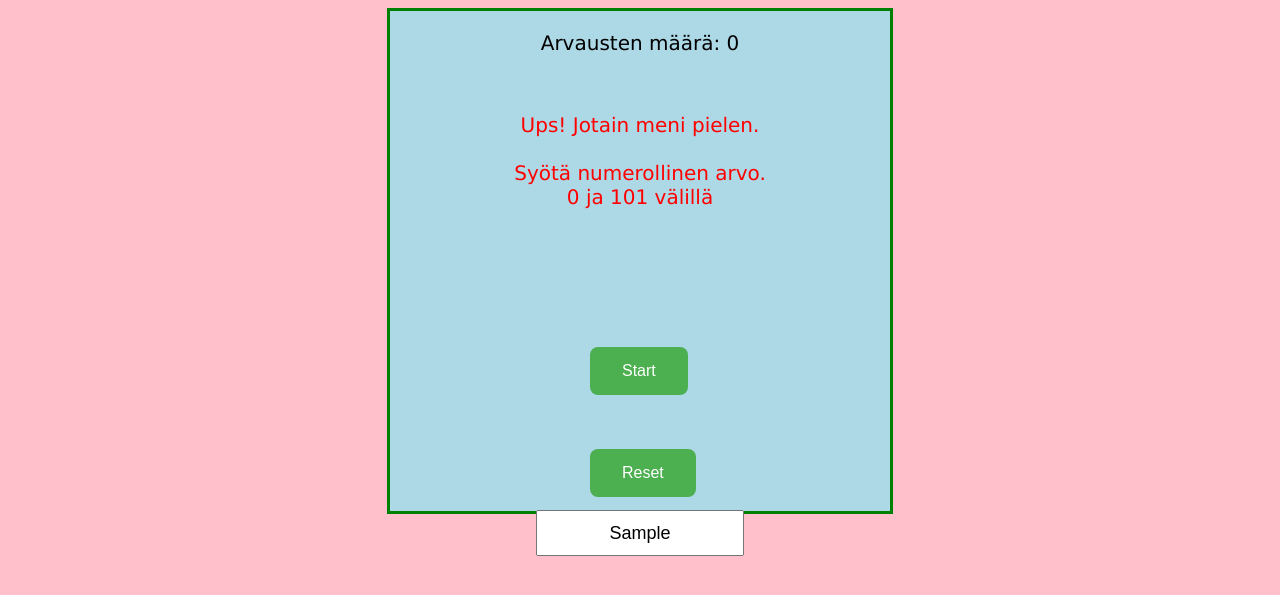
Repository: VadimZubchenko/numeronarvouspeli_JS
Page: public/index.html
These files come from the project's save history. The page is drawn as it stood at one moment and after the next save; the edit follows.
The browser window is 1280 px wide. The pictures show the whole page.
Empty fields were first filled with sample values (such as "Sample", 5 or name@example.com).
After loading, the first visible `#startGame` was clicked once.

Above is the page before, as saved 2022-04-28 09:56:47.

### public/index.html
<!DOCTYPE html>
<html lang="en">
<head>
  <meta charset="UTF-8">
  <meta http-equiv="X-UA-Compatible" content="IE=edge">
  <meta name="viewport" content="width=device-width, initial-scale=1.0">
  <title>Numeroarvouspeli</title>
  <script src="script.js"></script>
  <link rel="stylesheet" href="mystyle.css">
</head>
<body>
  <div>
    <p id="maara" >Arvausten määrä: </p>
    <br>
    <p id="message" value="0"> Arvataan numeroa 1-100 väliltä </p>
    <br>
    <br>
    <br>
    <input type="text" id="numero" name="numero" onfocus="this.value='' "placeholder="Laita numerosi">
    <br>
    <br>
    <button id="startGame" onclick="startGame()">Start</button>
    <br>
    <br>
    <br>
    <br>
    <button id="resetGame" onclick="resetGame()">Reset</button>

  </div>
</body>
</html>

### public/script.js
let running = 0;
let firstStart = true;
let clientArvo = 0;
let lastMin = 0;
let lastMax = 101;
let kpl = 0;
let arvo = 0;

function arvoLask() {
  arvo = Math.floor(Math.random() * 100);
  console.log("Arvo :" + arvo);
}
if (firstStart) {
  arvoLask();
  firstStart = false;
}

function message(text) {
  document.getElementById("message").innerHTML = text;
}

function startGame() {
  let text = document.getElementById("message");
  text.style.color = "";
  document.body.style.backgroundColor = "";
  let clientArvo = document.getElementById("numero").value;
  //tarkistetaan syöty arvo onko numerollinen. jos on, sitten 'false'
  let checkNaN = isNaN(clientArvo);

  console.log("clientArvo: " + clientArvo);
  console.log("ei ole numero: " + checkNaN);

  if (lastMin < clientArvo && clientArvo < lastMax && !checkNaN) {
    if (clientArvo < arvo) {
      lastMin = clientArvo;
      message(
        "Valitse luku suurempi kuin: " + clientArvo + ". <br>Yritä uudelleen!"
      );
      kpl++;
    }
    if (clientArvo > arvo) {
      lastMax = clientArvo;
      message(
        "Valitse luku pienempi kuin: " + clientArvo + ". <br>Yritä uudelleen!"
      );
      kpl++;
    }
    if (clientArvo == arvo) {
      message("Arvosit oikein! " + clientArvo + ".");

      text.style.color = "red";
      document.body.style.backgroundColor = "yellow";
    }
  } else {
    message(
      "Ups! Jotain meni pielen.<br><br> Syötä numerollinen arvo. <br> " +
        lastMin +
        " ja " +
        lastMax +
        " välillä"
    );

    text.style.color = "red";
    document.body.style.backgroundColor = "pink";
  }
  document.getElementById("maara").innerHTML = "Arvausten määrä: " + kpl;
  console.log("min:" + lastMin);
  console.log("max: :" + lastMax);
}

function resetGame() {
  clientArvo = 0;
  lastMin = 0;
  lastMax = 101;
  kpl = 0;
  document.getElementById("numero").value = "";
  document.getElementById("maara").innerHTML = "Arvausten määrä: " + kpl;
  message = document.getElementById("message");
  document.getElementById("message").innerHTML = "Arva numero 1-100 väliltä";
  document.body.style.backgroundColor = "";
  message.style.color = "";
  arvoLask();
}

### public/mystyle.css



div{
  height: 500px;
  width: 500px;
  margin: auto;
  border: 3px solid green;
  background-color: lightblue;
}
input {
  height: 40px;
  width: 200px;
  color: black;
  text-align: center;
  font-size:large;

  position:relative;
  top: 50%;
  left: 50%;
  -ms-transform: translate(-50%, -50%);
  transform: translate(-50%, -50%);
}

button {

  left: 50%;
  background-color: #4CAF50; /* Green */
  border: none;
  color: white;
  padding: 15px 32px;
  text-align: center;
  text-decoration: none;
  display: inline-block;
  font-size: 16px;
  border-radius: 8px;
  margin-left: 40%;


}

p {
  font-family: verdana;
  font-size: 20px;
  color: black;
  text-align: center;
}

After the next save:
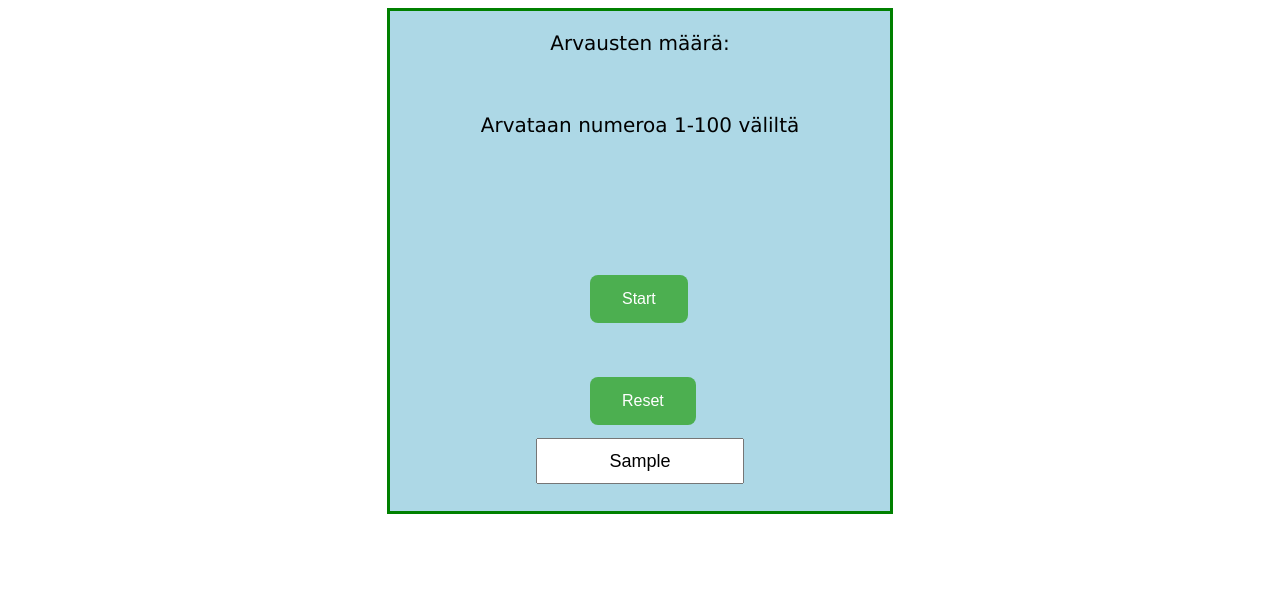
Console error: TypeError: message is not a function
Saved 114 s later.
--- a/public/script.js
+++ b/public/script.js
@@ -15,7 +15,7 @@ if (firstStart) {
   firstStart = false;
 }
 
-function message(text) {
+function msg(text) {
   document.getElementById("message").innerHTML = text;
 }
 
@@ -33,7 +33,7 @@ function startGame() {
   if (lastMin < clientArvo && clientArvo < lastMax && !checkNaN) {
     if (clientArvo < arvo) {
       lastMin = clientArvo;
-      message(
+      msg(
         "Valitse luku suurempi kuin: " + clientArvo + ". <br>Yritä uudelleen!"
       );
       kpl++;
@@ -76,7 +76,7 @@ function resetGame() {
   document.getElementById("numero").value = "";
   document.getElementById("maara").innerHTML = "Arvausten määrä: " + kpl;
   message = document.getElementById("message");
-  document.getElementById("message").innerHTML = "Arva numero 1-100 väliltä";
+  message("Arva numero 1-100 väliltä");
   document.body.style.backgroundColor = "";
   message.style.color = "";
   arvoLask();

After the save that followed:
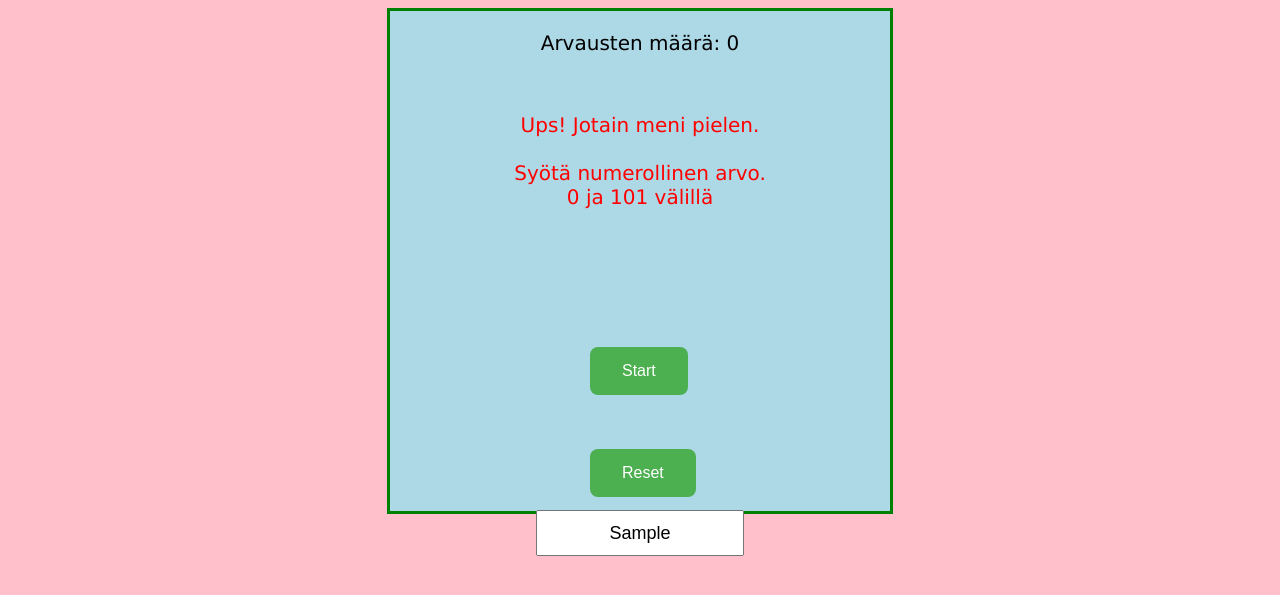
The error is gone.
Saved 18 s later.
--- a/public/script.js
+++ b/public/script.js
@@ -40,19 +40,19 @@ function startGame() {
     }
     if (clientArvo > arvo) {
       lastMax = clientArvo;
-      message(
+      msg(
         "Valitse luku pienempi kuin: " + clientArvo + ". <br>Yritä uudelleen!"
       );
       kpl++;
     }
     if (clientArvo == arvo) {
-      message("Arvosit oikein! " + clientArvo + ".");
+      msg("Arvosit oikein! " + clientArvo + ".");
 
       text.style.color = "red";
       document.body.style.backgroundColor = "yellow";
     }
   } else {
-    message(
+    msg(
       "Ups! Jotain meni pielen.<br><br> Syötä numerollinen arvo. <br> " +
         lastMin +
         " ja " +
